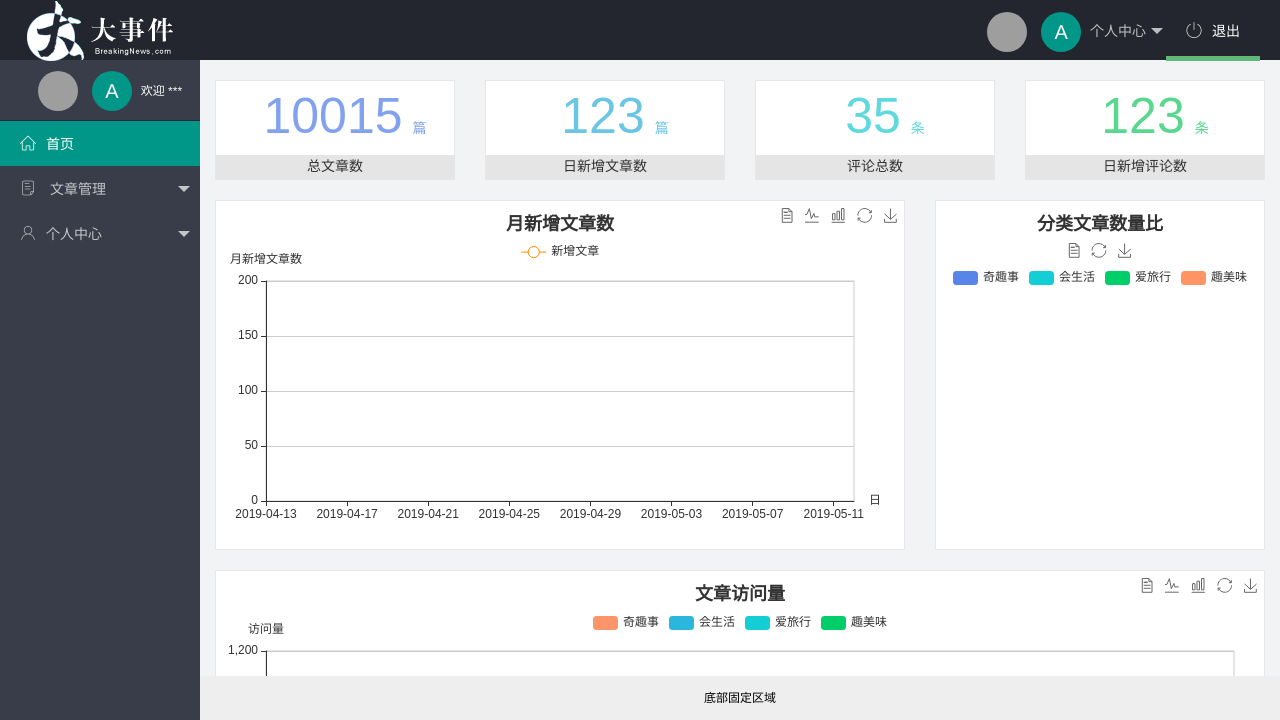
Repository: lithronmatic/web_bigbigevent
Page: index.html
The author's editor kept a copy of each file at every save. The page is drawn from the files as they stood at one save, then again after the next save.
The browser window is 1280 px wide. The pictures show the whole page.
After loading, the first visible `#btnLogout` was clicked once.
Pictures or frames that could not be fetched are drawn as grey boxes. The page's requests for data from a server got no answer.

Above is the page before, as saved 2022-09-03 10:34:34.

### index.html
<!DOCTYPE html>
<html lang="en">

<head>
    <meta charset="UTF-8">
    <meta http-equiv="X-UA-Compatible" content="IE=edge">
    <meta name="viewport" content="width=device-width, initial-scale=1.0">
    <title>后台主页</title>
    <link rel="stylesheet" href="./assets/lib/layui/css/layui.css">
    <link rel="stylesheet" href="./assets/fonts/iconfont.css">
    <link rel="stylesheet" href="./assets/css/index.css">
</head>

<body>
    <div class="layui-layout layui-layout-admin">
        <div class="layui-header">
            <div class="layui-logo">
                <img src="./assets/images/logo.png" alt="">
            </div>
            <!-- 头部区域（可配合layui 已有的水平导航） -->
            <ul class="layui-nav layui-layout-right">
                <li class="layui-nav-item layui-hide layui-show-md-inline-block">
                    <a href="javascript:;" class="userinfo">
                        <img src="//tva1.sinaimg.cn/crop.0.0.118.118.180/5db11ff4gw1e77d3nqrv8j203b03cweg.jpg"
                            class="layui-nav-img">
                        <span class="text-avatar">A</span>
                        个人中心
                    </a>
                    <dl class="layui-nav-child">
                        <dd><a href="">基本资料</a></dd>
                        <dd><a href="">更换头像</a></dd>
                        <dd><a href="">重置密码</a></dd>
                    </dl>
                </li>
                <li class="layui-nav-item">
                    <a href="javascript:;" id="btnLogout">
                        <span class="iconfont icon-tuichu"></span>退出
                    </a>
                </li>
            </ul>
        </div>

        <div class="layui-side layui-bg-black">
            <div class="layui-side-scroll">
                <div class="userinfo">
                    <img src="//tva1.sinaimg.cn/crop.0.0.118.118.180/5db11ff4gw1e77d3nqrv8j203b03cweg.jpg"
                        class="layui-nav-img">
                    <span class="text-avatar">A</span>
                    <span id="welcome">欢迎 ***</span>
                </div>
                <!-- 左侧导航区域（可配合layui已有的垂直导航） -->
                <ul class="layui-nav layui-nav-tree" lay-shrink="all" lay-filter="test">
                    <li class="layui-nav-item layui-this">
                        <a href="./home/dashboard.html" target="fm"><span class="iconfont icon-home"></span>首页</a>
                    </li>
                    <li class="layui-nav-item">
                        <a class="" href="javascript:;"><span class="iconfont icon-16"></span>
                            文章管理
                        </a>
                        <dl class="layui-nav-child">
                            <dd><a href="javascript:;"><i class="layui-icon layui-icon-app"></i>文章类别</a></dd>
                            <dd><a href="javascript:;"><i class="layui-icon layui-icon-app"></i>文章列表</a></dd>
                            <dd><a href="javascript:;"><i class="layui-icon layui-icon-app"></i>发布文章</a></dd>
                        </dl>
                    </li>
                    <li class="layui-nav-item">
                        <a href="javascript:;"><span class="iconfont icon-user"></span>个人中心</a>
                        <dl class="layui-nav-child">
                            <dd><a href="javascript:;">基本资料</a></dd>
                            <dd><a href="javascript:;">更换头像</a></dd>
                            <dd><a href="javascript:;">重置密码</a></dd>
                        </dl>
                    </li>
                </ul>
            </div>
        </div>

        <div class="layui-body">
            <!-- 内容主体区域 -->
            <iframe src="./home/dashboard.html" name="fm" frameborder="0"></iframe>
        </div>

        <div class="layui-footer">
            <!-- 底部固定区域 -->
            底部固定区域
        </div>
    </div>

    <!-- 导入layui.js文件 -->
    <script src="./assets/lib/layui/layui.all.js"></script>
    <!-- 导入jquery -->
    <script src="./assets/lib/jquery.js"></script>
    <!-- 导入baseAPI -->
    <script src="./assets/js/baseAPI.js"></script>
    <!-- 导入自己的js -->
    <script src="./assets/js/index.js"></script>
</body>

</html>

### assets/css/index.css
/* .iconfont{
    margin-right:8px;
}

.layui-icon{
    margin-right:8px;
    margin-left:20px;
}

iframe{
    width: 100%;
    height: 100%;
}

.layui-body{
    overflow: hidden;
}

a{
    transition: none!important;
}

.userinfo{
    height:60px;
    line-height: 60px;
    text-align: center;
    border-bottom:1px solid #282b33;

}

#welcome{
    color:#fff;
    font-size: 12px;
    /* 禁止用户选中 */
    /* user-select: none;
} */

/* .layui-nav-img{
    width:40px;
    height:40px;
}

.text-avatar{
    display: inline-block;
    width: 40px;
    height:40px;
    font-size: 20px;
    background-color: #009688;
    text-align: center;
    line-height: 40px;
    border-radius: 50%;
    position:relative;
    top:4px;
    margin-right: 10px;
}  */

.layui-footer{
    text-align: center;
    font-size: 12px;
}
.iconfont{
    margin-right:10px;
}
.layui-icon{
    margin-right:10px;
}
iframe{
    width:100%;
    height:100%;
}
.layui-body{
    overflow: hidden;
}
.userinfo{
    height:60px;
    line-height: 60px;
    text-align: center;
}
#welcome{
    color:#fff;
    font-size: 12px;
    /* 禁止用户选中  */
    user-select: none;
}
.layui-side-scroll .userinfo{
    border-bottom:1px solid #282b33;
}

.text-avatar{
    display: inline-block;
    width:40px;
    height: 40px;
    background-color: #009688;
    vertical-align: middle;
    border-radius: 50%;
    text-align: center;
    line-height: 40px;
    font-size: 20px;
    color:#fff;
    margin-right:5px
}
.layui-nav-img{
    width:40px;
    height:40px;
}

### assets/js/baseAPI.js
// 在调用$.get()或$.post()或$.ajax()之前，都会先调用
// $.ajaxPrefilter这个函数
$.ajaxPrefilter(function(options){
    // console.log(options.url);//
    // 在发起真正的Ajax请求之前，统一拼接请求的根路径
    options.url = "http://www.liulongbin.top:3007" + options.url;

    // 统一为有权限的接口设置headers请求头
    if(options.url.indexOf('/my/')!== -1){
        options.headers = {
            Authorization:localStorage.getItem('token') || ""
        }
    }
})

### assets/js/index.js
// $(function(){
//     getUserInfo();
// })

// var layer = layui.layer;
// // 获取用户的基本信息
// function getUserInfo(){
//     $.ajax({
//         method:'GET',
//         url:'/my/userinfo',
//         // headers就是请求头配置对象
//         headers:{
//             Authorization:localStorage.getItem('token') || ""
//         },
//         success:function(res){
//            if(res.status!==0){
//              return layui.layer.msg('获取用户信息失败!');
//            }
//         //调用renderAvatar 渲染用户的头像
//         renderAvatar(res.data);
//         }
//     })
// }

// // 渲染用户的头像
// function renderAvatar(user){
//     // 1.获取用户名称
//     var name = user.nickname || user.username;
//     // 2.设置欢迎的文本
//     $('#welcome').html('欢迎&nbsp;&nbsp;'+ name);
//     // 3.按需渲染用户的头像
//     if(user.user_pic!==null){
//         // 3.1渲染图片头像
//         $(".layui-nav-img").attr('src',user.user_pic).show();
//         // 让文本头像隐藏
//         $(".text-avatar").hide();
//     }else{
//         // 3.2渲染文本头像
//         // 让图片头像隐藏
//         $(".layui-nav-img").hide();
//         //渲染文本头像
//         var first = name[0].toUpperCase();
//         $(".text-avatar").html(first).show();
//     }
// }

$(function(){
    getUserInfo()

    //点击退出功能
    $("#btnLogout").on('click',function(){

    })
})

// 获取用户基本信息
function getUserInfo(){
    $.ajax({
        type:'GET',
        url:'/my/userinfo',
        // headers 请求头配置对象
        // headers:{
        //     Authorization:localStorage.getItem('token') || ""
        // },
        success:function(res){
            if(res.status!=0){
                return layui.layer.msg('获取用户信息失败!')
            }
            // 调用renderAvatar渲染用户的头像
            renderAvatar(res.data)
        }
    })
}

// 渲染用户的头像
function renderAvatar(user){
    var name = user.nickname || user.username;
    $("#welcome").html("欢迎&nbsp;&nbsp"+name)
    // 判断user_pic是否存在 存在渲染头像 不存在用文本头像
    if(user.user_pic){
        // 渲染用户头像
        $(".layui-nav-img").attr('src',user.user_pic)
        $(".text-avatar").hide()
    }else{
        $(".layui-nav-img").hide()
        // 渲染文本头像
        var first = name[0].toUpperCase()
        $(".text-avatar").html(first).show()
    }
}

### home/dashboard.html
<!DOCTYPE html>
<html lang="en">

<head>
  <meta charset="UTF-8">
  <meta name="viewport" content="width=device-width, initial-scale=1.0">
  <meta http-equiv="X-UA-Compatible" content="ie=edge">
  <title>图表统计</title>
  <link rel="stylesheet" href="../../assets/lib/bootstrap.css" />
  <link rel="stylesheet" href="../../assets/lib/main.css" />
  <script src="../../assets/lib/jquery.js"></script>
  <script type="text/javascript" src="../../assets/lib/echarts.min.js"></script>
</head>

<body>
  <div class="container-fluid">
    <div class="row spannel_list">
      <div class="col-sm-3 col-xs-6">
        <div class="spannel">
          <em>10015</em><span>篇</span>
          <b>总文章数</b>
        </div>
      </div>
      <div class="col-sm-3 col-xs-6">
        <div class="spannel scolor01">
          <em>123</em><span>篇</span>
          <b>日新增文章数</b>
        </div>
      </div>
      <div class="col-sm-3 col-xs-6">
        <div class="spannel scolor02">
          <em>35</em><span>条</span>
          <b>评论总数</b>
        </div>
      </div>
      <div class="col-sm-3 col-xs-6">
        <div class="spannel scolor03">
          <em>123</em><span>条</span>
          <b>日新增评论数</b>
        </div>
      </div>
    </div>
  </div>

  <div class="container-fluid">
    <div class="row curve-pie">
      <div class="col-lg-8 col-md-8">
        <div class="gragh_pannel" id="curve_show"></div>
      </div>
      <div class="col-lg-4 col-md-4">
        <div class="gragh_pannel" id="pie_show"></div>
      </div>
    </div>
  </div>

  <div class="container-fluid">
    <div class="column_pannel" id="column_show"></div>
  </div>

  <script>
    var oChart = echarts.init(document.getElementById('curve_show'));
    var aList_all = [
      { 'count': 36, 'date': '2019-04-13' },
      { 'count': 52, 'date': '2019-04-14' },
      { 'count': 78, 'date': '2019-04-15' },
      { 'count': 85, 'date': '2019-04-16' },
      { 'count': 65, 'date': '2019-04-17' },
      { 'count': 72, 'date': '2019-04-18' },
      { 'count': 88, 'date': '2019-04-19' },
      { 'count': 64, 'date': '2019-04-20' },
      { 'count': 72, 'date': '2019-04-21' },
      { 'count': 90, 'date': '2019-04-22' },
      { 'count': 96, 'date': '2019-04-23' },
      { 'count': 100, 'date': '2019-04-24' },
      { 'count': 102, 'date': '2019-04-25' },
      { 'count': 110, 'date': '2019-04-26' },
      { 'count': 123, 'date': '2019-04-27' },
      { 'count': 100, 'date': '2019-04-28' },
      { 'count': 132, 'date': '2019-04-29' },
      { 'count': 146, 'date': '2019-04-30' },
      { 'count': 200, 'date': '2019-05-01' },
      { 'count': 180, 'date': '2019-05-02' },
      { 'count': 163, 'date': '2019-05-03' },
      { 'count': 110, 'date': '2019-05-04' },
      { 'count': 80, 'date': '2019-05-05' },
      { 'count': 82, 'date': '2019-05-06' },
      { 'count': 70, 'date': '2019-05-07' },
      { 'count': 65, 'date': '2019-05-08' },
      { 'count': 54, 'date': '2019-05-09' },
      { 'count': 40, 'date': '2019-05-10' },
      { 'count': 45, 'date': '2019-05-11' },
      { 'count': 38, 'date': '2019-05-12' },
    ];

    let aCount = [];
    let aDate = [];

    for (var i = 0; i < aList_all.length; i++) {
      aCount.push(aList_all[i].count);
      aDate.push(aList_all[i].date);
    }

    var chartopt = {
      title: {
        text: '月新增文章数',
        left: 'center',
        top: '10'
      },
      tooltip: {
        trigger: 'axis'
      },
      legend: {
        data: ['新增文章'],
        top: '40'
      },
      toolbox: {
        show: true,
        feature: {
          mark: { show: true },
          dataView: { show: true, readOnly: false },
          magicType: { show: true, type: ['line', 'bar'] },
          restore: { show: true },
          saveAsImage: { show: true }
        }
      },
      calculable: true,
      xAxis: [
        {
          name: '日',
          type: 'category',
          boundaryGap: false,
          data: aDate
        }
      ],
      yAxis: [
        {
          name: '月新增文章数',
          type: 'value'
        }
      ],
      series: [
        {
          name: '新增文章',
          type: 'line',
          smooth: true,
          itemStyle: { normal: { areaStyle: { type: 'default' }, color: '#f80' }, lineStyle: { color: '#f80' } },
          data: aCount
        }],
      areaStyle: {
        normal: {
          color: new echarts.graphic.LinearGradient(0, 0, 0, 1, [{
            offset: 0,
            color: 'rgba(255,136,0,0.39)'
          }, {
            offset: .34,
            color: 'rgba(255,180,0,0.25)'
          }, {
            offset: 1,
            color: 'rgba(255,222,0,0.00)'
          }])

        }
      },
      grid: {
        show: true,
        x: 50,
        x2: 50,
        y: 80,
        height: 220
      }
    };

    oChart.setOption(chartopt);


    var oPie = echarts.init(document.getElementById('pie_show'));
    var oPieopt =
    {
      title: {
        top: 10,
        text: '分类文章数量比',
        x: 'center'
      },
      tooltip: {
        trigger: 'item',
        formatter: "{a} <br/>{b} : {c} ({d}%)"
      },
      color: ['#5885e8', '#13cfd5', '#00ce68', '#ff9565'],
      legend: {
        x: 'center',
        top: 65,
        data: ['奇趣事', '会生活', '爱旅行', '趣美味']
      },
      toolbox: {
        show: true,
        x: 'center',
        top: 35,
        feature: {
          mark: { show: true },
          dataView: { show: true, readOnly: false },
          magicType: {
            show: true,
            type: ['pie', 'funnel'],
            option: {
              funnel: {
                x: '25%',
                width: '50%',
                funnelAlign: 'left',
                max: 1548
              }
            }
          },
          restore: { show: true },
          saveAsImage: { show: true }
        }
      },
      calculable: true,
      series: [
        {
          name: '访问来源',
          type: 'pie',
          radius: ['45%', '60%'],
          center: ['50%', '65%'],
          data: [
            { value: 300, name: '奇趣事' },
            { value: 100, name: '会生活' },
            { value: 260, name: '爱旅行' },
            { value: 180, name: '趣美味' }
          ]
        }
      ]
    };
    oPie.setOption(oPieopt);



    var oColumn = this.echarts.init(document.getElementById('column_show'));
    var oColumnopt =
    {
      title: {
        text: '文章访问量',
        left: 'center',
        top: '10'
      },
      tooltip: {
        trigger: 'axis'
      },
      legend: {
        data: ['奇趣事', '会生活', '爱旅行', '趣美味'],
        top: '40'
      },
      toolbox: {
        show: true,
        feature: {
          mark: { show: true },
          dataView: { show: true, readOnly: false },
          magicType: { show: true, type: ['line', 'bar'] },
          restore: { show: true },
          saveAsImage: { show: true }
        }
      },
      calculable: true,
      xAxis: [
        {
          type: 'category',
          data: ['1月', '2月', '3月', '4月', '5月']
        }
      ],
      yAxis: [
        {
          name: '访问量',
          type: 'value'
        }
      ],
      series: [
        {
          name: '奇趣事',
          type: 'bar',
          barWidth: 20,
          itemStyle: {
            normal: { areaStyle: { type: 'default' }, color: '#fd956a' }
          },
          data: [800, 708, 920, 1090, 1200]
        },
        {
          name: '会生活',
          type: 'bar',
          barWidth: 20,
          itemStyle: {
            normal: { areaStyle: { type: 'default' }, color: '#2bb6db' }
          },
          data: [400, 468, 520, 690, 800]
        },
        {
          name: '爱旅行',
          type: 'bar',
          barWidth: 20,
          itemStyle: {
            normal: { areaStyle: { type: 'default' }, color: '#13cfd5' }
          },
          data: [500, 668, 520, 790, 900]
        },
        {
          name: '趣美味',
          type: 'bar',
          barWidth: 20,
          itemStyle: {
            normal: { areaStyle: { type: 'default' }, color: '#00ce68' }
          },
          data: [600, 508, 720, 890, 1000]
        }
      ],
      grid: {
        show: true,
        x: 50,
        x2: 30,
        y: 80,
        height: 260
      },
      dataZoom: [//给x轴设置滚动条
        {
          start: 0,//默认为0
          end: 100 - 1000 / 31,//默认为100
          type: 'slider',
          show: true,
          xAxisIndex: [0],
          handleSize: 0,//滑动条的 左右2个滑动条的大小
          height: 8,//组件高度
          left: 45, //左边的距离
          right: 50,//右边的距离
          bottom: 26,//右边的距离
          handleColor: '#ddd',//h滑动图标的颜色
          handleStyle: {
            borderColor: "#cacaca",
            borderWidth: "1",
            shadowBlur: 2,
            background: "#ddd",
            shadowColor: "#ddd",
          }
        }]
    };
    oColumn.setOption(oColumnopt);
  </script>
</body>

</html>

Loaded but not shown: assets/lib/layui/css/layui.css (library); assets/fonts/iconfont.css (common file); assets/lib/layui/layui.all.js (library); assets/lib/jquery.js (library); assets/lib/layui/css/modules/laydate/default/laydate.css (library); assets/lib/layui/css/modules/layer/default/layer.css (library); assets/lib/layui/css/modules/code.css (common file); assets/lib/bootstrap.css (library); assets/lib/main.css (library); assets/lib/echarts.min.js (library)

After the next save:
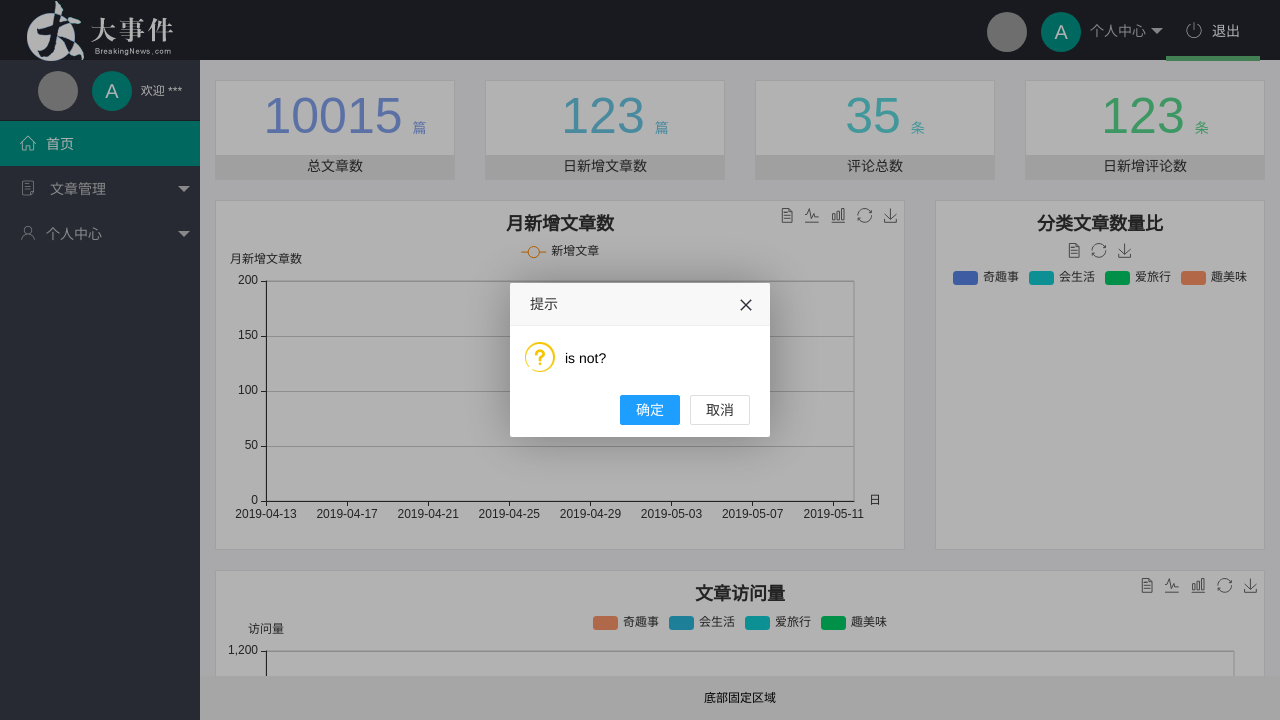
Saved 4 min 57 s later.
--- a/assets/js/index.js
+++ b/assets/js/index.js
@@ -44,26 +44,34 @@
 //     }
 // }
 
-$(function(){
+$(function () {
     getUserInfo()
 
+    var layer = layui.layer
     //点击退出功能
-    $("#btnLogout").on('click',function(){
+    $("#btnLogout").on('click', function () {
+        layer.confirm('is not?', {
+            icon: 3,
+            title: '提示'
+        }, function (index) {
+            //do something
 
+            layer.close(index);
+        });
     })
 })
 
 // 获取用户基本信息
-function getUserInfo(){
+function getUserInfo() {
     $.ajax({
-        type:'GET',
-        url:'/my/userinfo',
+        type: 'GET',
+        url: '/my/userinfo',
         // headers 请求头配置对象
         // headers:{
         //     Authorization:localStorage.getItem('token') || ""
         // },
-        success:function(res){
-            if(res.status!=0){
+        success: function (res) {
+            if (res.status != 0) {
                 return layui.layer.msg('获取用户信息失败!')
             }
             // 调用renderAvatar渲染用户的头像
@@ -73,15 +81,15 @@ function getUserInfo(){
 }
 
 // 渲染用户的头像
-function renderAvatar(user){
+function renderAvatar(user) {
     var name = user.nickname || user.username;
-    $("#welcome").html("欢迎&nbsp;&nbsp"+name)
+    $("#welcome").html("欢迎&nbsp;&nbsp" + name)
     // 判断user_pic是否存在 存在渲染头像 不存在用文本头像
-    if(user.user_pic){
+    if (user.user_pic) {
         // 渲染用户头像
-        $(".layui-nav-img").attr('src',user.user_pic)
+        $(".layui-nav-img").attr('src', user.user_pic)
         $(".text-avatar").hide()
-    }else{
+    } else {
         $(".layui-nav-img").hide()
         // 渲染文本头像
         var first = name[0].toUpperCase()
